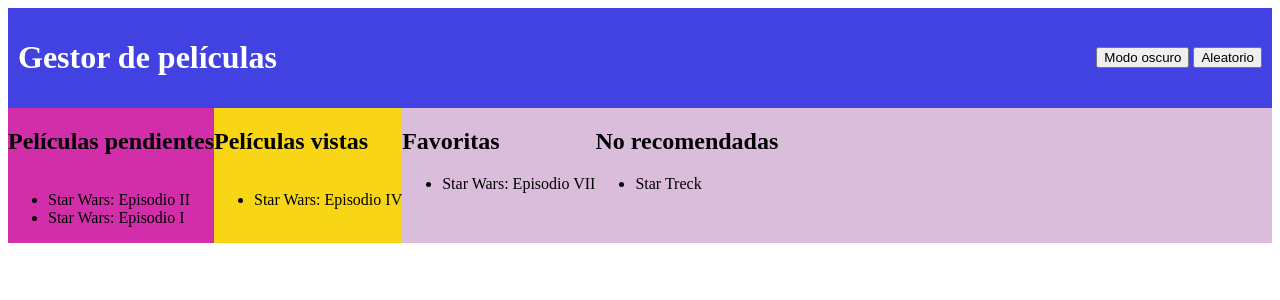
Repository: alvarobarasona/DAW_2
Page: DIW/EXAMEN_SEGUNDA_EV/public/index.html
These files come from the project's save history. The page is drawn as it stood at one moment and after a run of saves; the edit follows.
The browser window is 1280 px wide. The pictures show the whole page.
The style sheet was rebuilt from its Sass, Less or Tailwind sources for each picture, by a compiler version that may differ from the author's.

Above is the page before, as saved 2024-03-04 17:20:20.

After the next 2 saves:
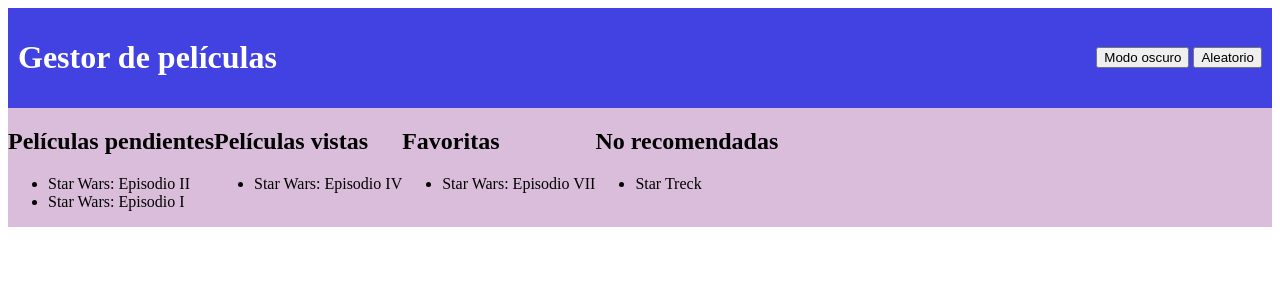
The 2 saves are shown as one change because they came seconds apart.
The last was saved 38 s later.
--- a/DIW/EXAMEN_SEGUNDA_EV/public/index.html
+++ b/DIW/EXAMEN_SEGUNDA_EV/public/index.html
@@ -15,7 +15,7 @@
             </div>
         </header>
         <main>
-            <div id="pendient-movies">
+            <div class="movies-column">
                 <div class="movies-header">
                     <h2>Películas pendientes</h2>
                 </div>
@@ -26,7 +26,7 @@
                     </ul>
                 </div>
             </div>
-            <div id="show-movies">
+            <div class="movies-column">
                 <div class="movies-header">
                     <h2>Películas vistas</h2>
                 </div>
@@ -36,7 +36,7 @@
                     </ul>
                 </div>
             </div>
-            <div id="favourites-movies">
+            <div class="movies-column">
                 <div class="movies-header">
                     <h2>Favoritas</h2>
                 </div>
@@ -46,7 +46,7 @@
                     </ul>
                 </div>
             </div>
-            <div id="no-recomendated-movies">
+            <div class="movies-column">
                 <div class="movies-header">
                     <h2>No recomendadas</h2>
                 </div>
